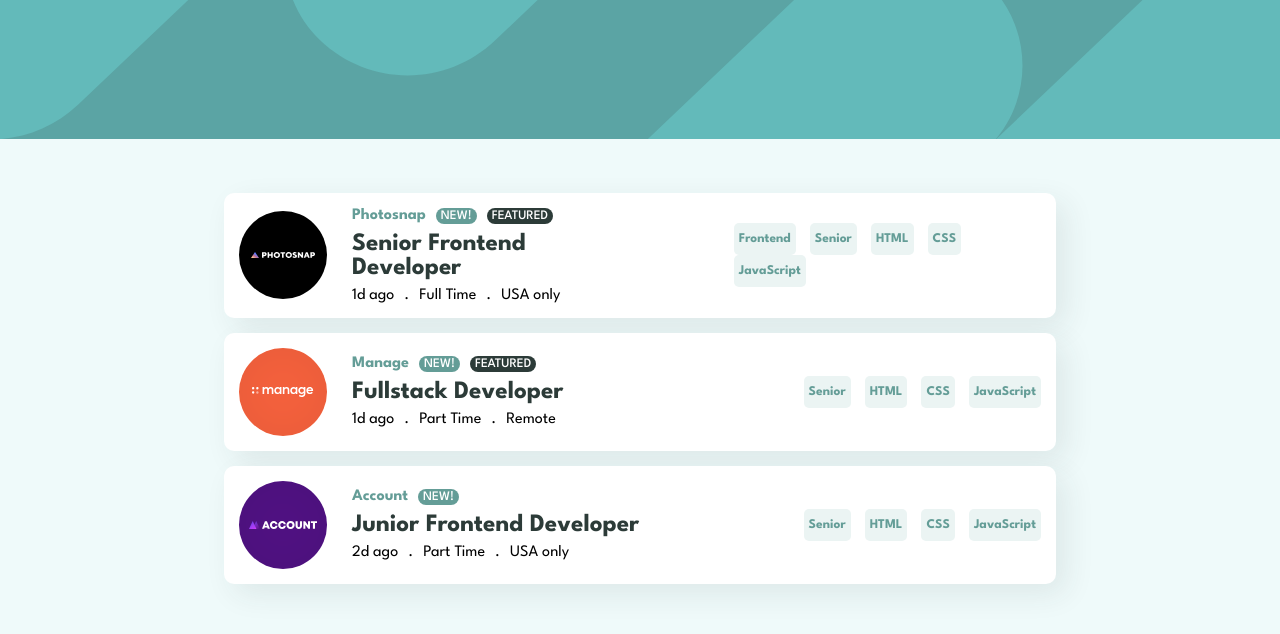
Repository: Eldream12/JobListing
Page: index.html
These files come from the project's save history. The page is drawn as it stood at one moment and after the next save; the edit follows.
The browser window is 1280 px wide. The pictures show the whole page.

Above is the page before, as saved 2025-03-31 22:00:59.

After the next save:
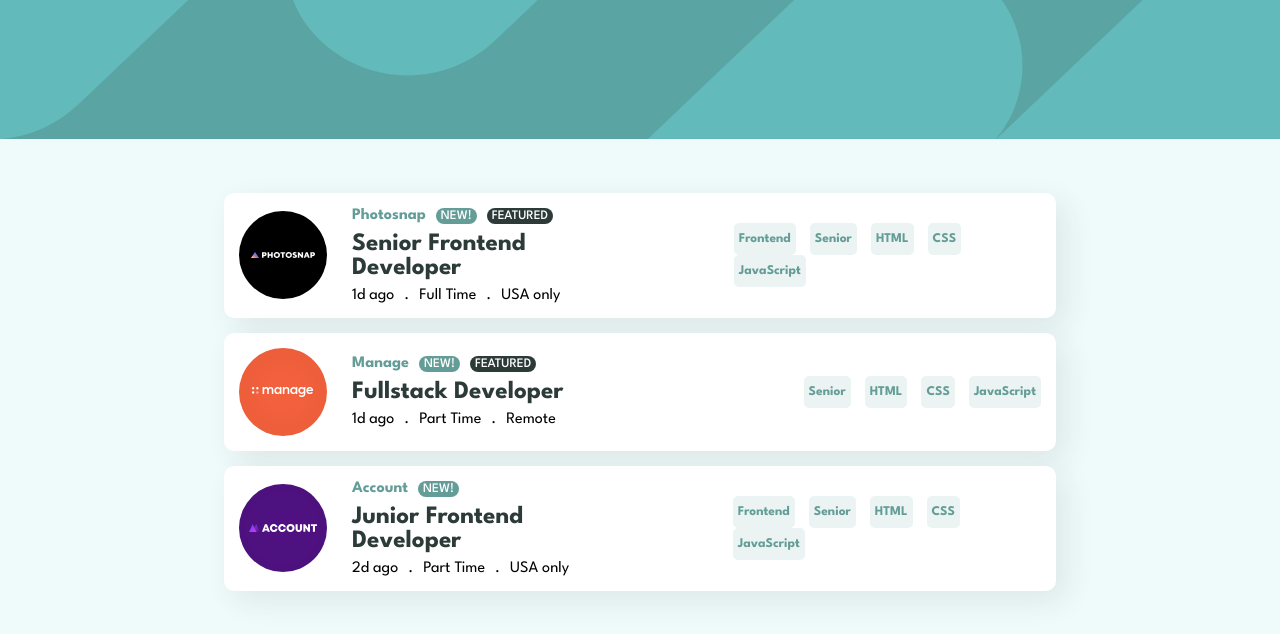
Saved 54 s later.
--- a/index.html
+++ b/index.html
@@ -113,7 +113,7 @@
 					</div>
 
 					<div class="btn">
-						<!-- <button>Frontend</button> -->
+						<button>Frontend</button>
 						<button>Senior</button>
 						<button>HTML</button>
 						<button>CSS</button>
